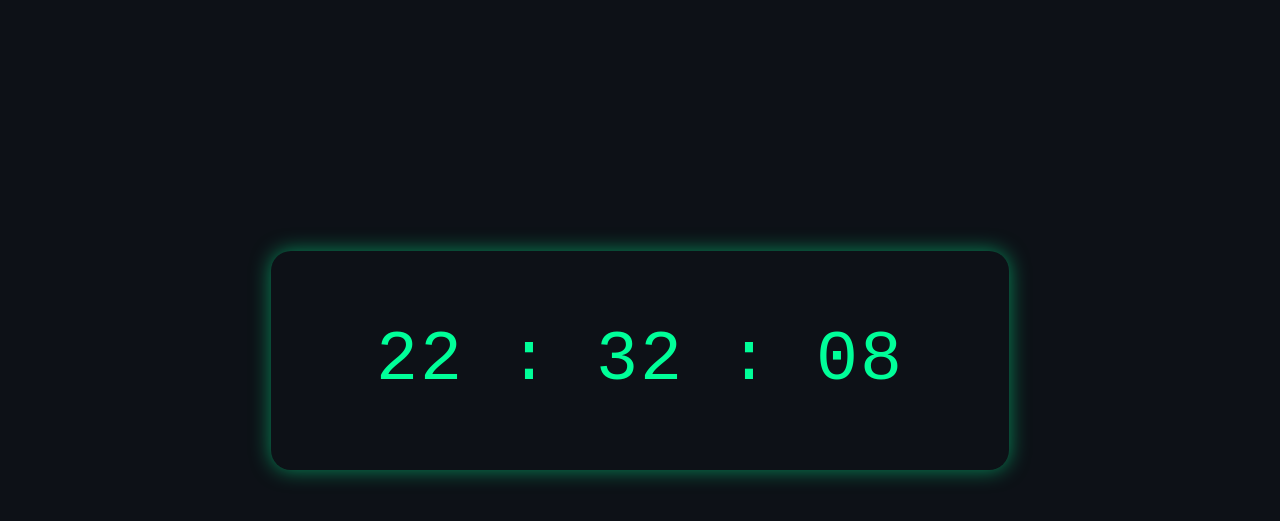
Repository: trunghau06/baiTapJs
Page: index.html
An editor plug-in stored every save of this project. The page is shown before and after the next save, followed by the edit.
The browser window is 1280 px wide. The pictures show the whole page.

Above is the page before, as saved 2025-10-20 23:01:04.

After the next save:
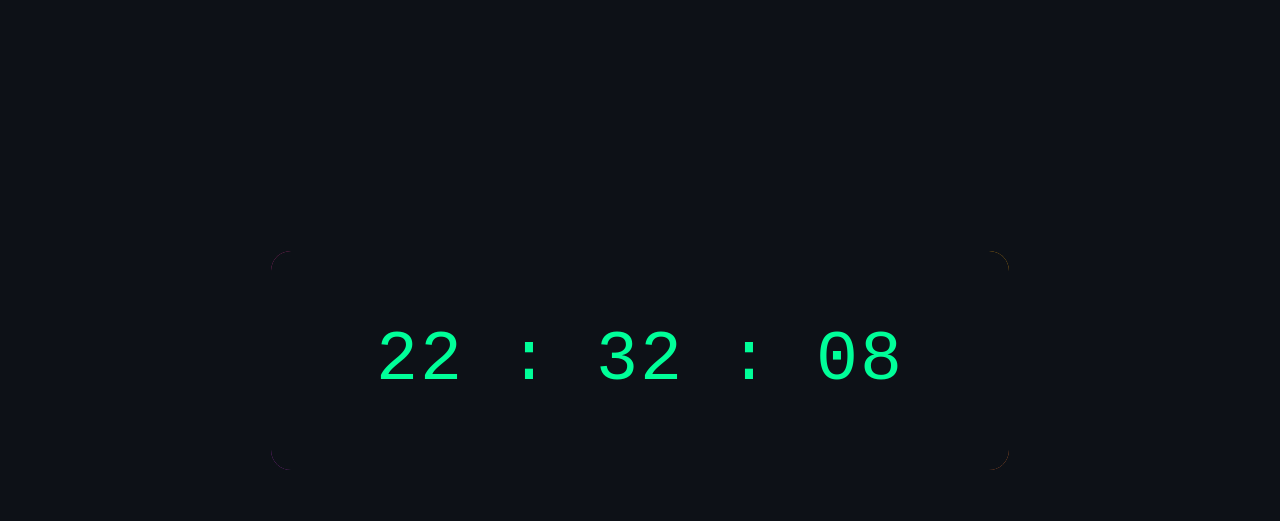
Saved 82 s later.
--- a/style.css
+++ b/style.css
@@ -1,3 +1,4 @@
+/* styles.css */
 body {
   margin: 0;
   height: 100vh;
@@ -9,6 +10,7 @@ body {
   font-family: monospace;
 }
 
+/* --- KHUNG ĐỒNG HỒ --- */
 .showThoiGian {
   position: relative;
   font-size: 70px;
@@ -17,11 +19,59 @@ body {
   border-radius: 20px;
   text-align: center;
   color: #00ff99;
-  box-shadow: 0 0 20px rgba(0, 255, 153, 0.5);
   overflow: hidden;
   max-width: 90vw;
+  background: #0d1117;
 }
 
+/* Viền động gradient chạy liên tục */
+.showThoiGian::before {
+  content: '';
+  position: absolute;
+  top: -2px;
+  left: -2px;
+  right: -2px;
+  bottom: -2px;
+  background: linear-gradient(45deg,
+    #00ff99,
+    #00ccff,
+    #9933ff,
+    #ff3366,
+    #ffcc00,
+    #00ff99
+  );
+  background-size: 400%;
+  border-radius: 20px;
+  z-index: -1;
+  animation: gradient-rotate 3s linear infinite;
+}
+
+/* Lớp nền để tạo hiệu ứng viền */
+.showThoiGian::after {
+  content: '';
+  position: absolute;
+  top: 3px;
+  left: 3px;
+  right: 3px;
+  bottom: 3px;
+  background: #0d1117;
+  border-radius: 18px;
+  z-index: -1;
+}
+
+@keyframes gradient-rotate {
+  0% {
+    background-position: 0% 50%;
+  }
+  50% {
+    background-position: 100% 50%;
+  }
+  100% {
+    background-position: 0% 50%;
+  }
+}
+
+/* Responsive: giảm kích thước khi màn hình nhỏ */
 @media (max-width: 768px) {
   .showThoiGian {
     font-size: 50px;
